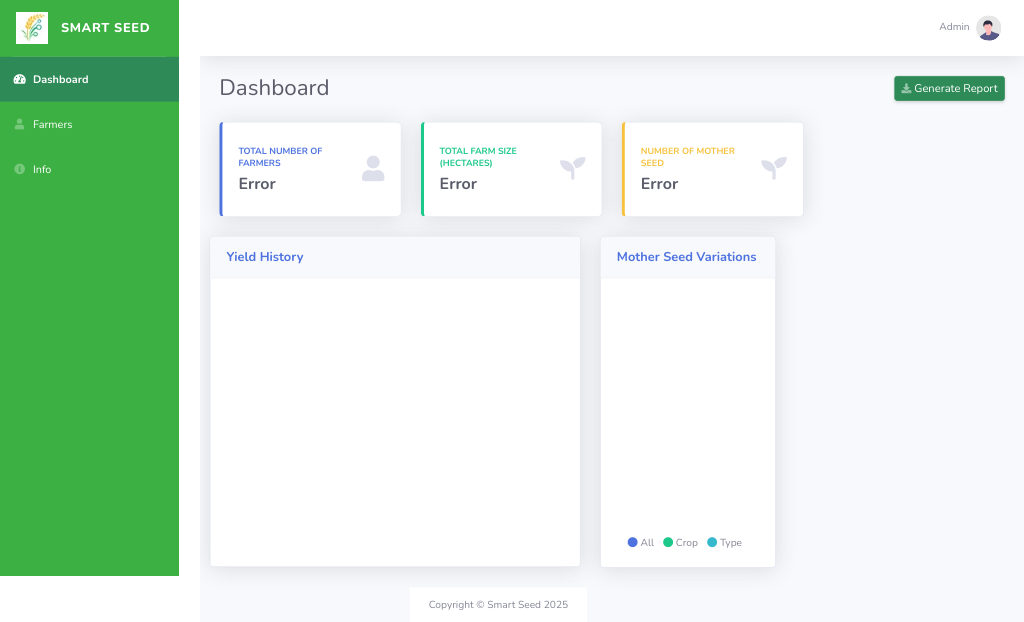
Repository: IFoundGeorge/Smart-Seed-v8-master
Page: src/index.html
An editor plug-in stored every save of this project. The page is shown before and after the next save, followed by the edit.
The browser window is 1280 px wide. The pictures show the whole page, at 80% of full size.
The page's requests for data from a server got no answer. Some web libraries are served in a nearby version.

Above is the page before, as saved 2025-03-19 02:27:10.

After the next save:
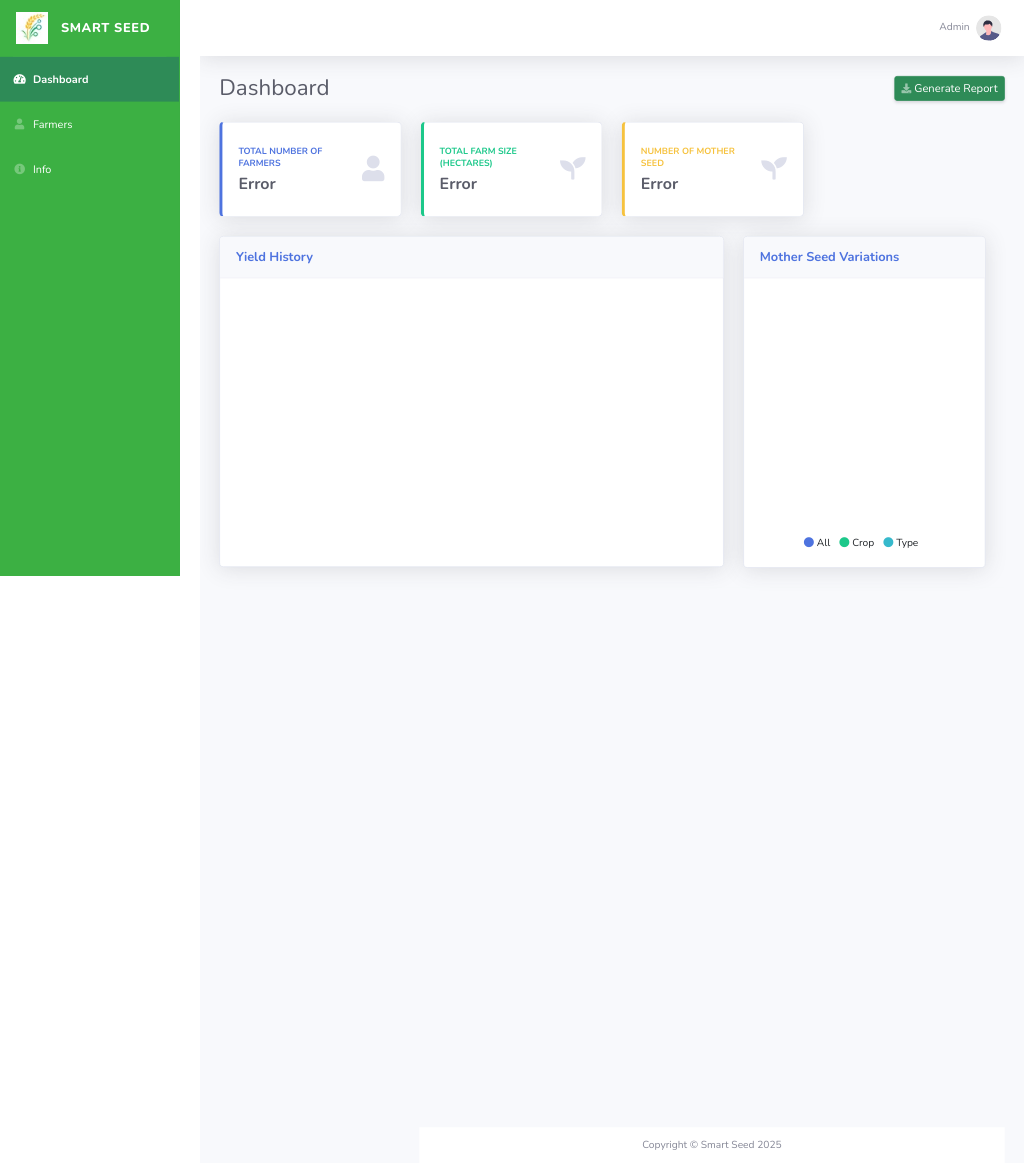
Saved 100 s later.
--- a/src/index.html
+++ b/src/index.html
@@ -10,17 +10,18 @@
 
     <title>SB Admin 2 - Dashboard</title>
 
-    <link href="../node_modules/bootstrap/dist/css/bootstrap.min.css" />
+    <link href="../../node_modules/bootstrap/dist/css/bootstrap.min.css" rel="stylesheet" type="text/css" />
 
     <!-- Custom fonts for this template-->
-    <link href="../node_modules/startbootstrap-sb-admin-2/fontawesome-free/css/all.min.css" rel="stylesheet" type="text/css">
+    <link href="../../node_modules/startbootstrap-sb-admin-2/vendor/fontawesome-free/css/all.min.css" rel="stylesheet" type="text/css">
     <link
         href="https://fonts.googleapis.com/css?family=Nunito:200,200i,300,300i,400,400i,600,600i,700,700i,800,800i,900,900i"
         rel="stylesheet">
 
     <!-- Custom styles for this template-->
-    <link href="../node_modules/startbootstrap-sb-admin-2/css/sb-admin-2.min.css" rel="stylesheet">
-
+    <link href="../../node_modules/startbootstrap-sb-admin-2/css/sb-admin-2.min.css" rel="stylesheet">
+
+    <link href="../../css/sb-admin-2.css" rel="stylesheet">
     <style type="text/css">
         /* Chart.js */
         @keyframes chartjs-render-animation {
